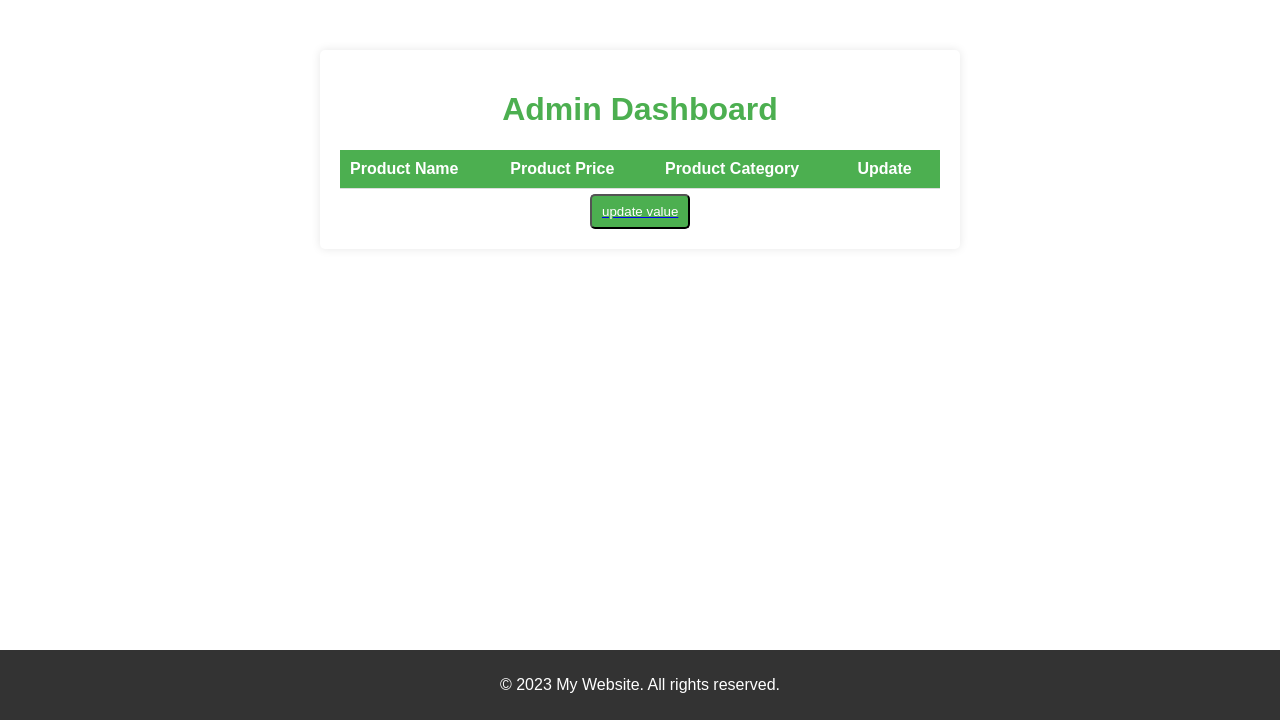
Repository: UrinduYatawakaa/OOP_project
Page: http://localhost/ProductDemo/AllServlet
These files come from the project's save history. The page is drawn as it stood at one moment and after the next save; the edit follows.
The browser window is 1280 px wide. The pictures show the whole page.
The page is served by Tomcat 9. Other server files are loaded and not shown. Queries for data that is not in the repository find no rows.

Above is the page before, as saved 2023-10-25 17:50:28.

### oop project/ProductDemo/src/main/webapp/searchbarAdmin.jsp
<%@ page language="java" contentType="text/html; charset=ISO-8859-1"
    pageEncoding="ISO-8859-1"%>
    <%@taglib prefix="c" uri="http://java.sun.com/jsp/jstl/core"%>

<!DOCTYPE html>
<html lang="en">

<head>
    <meta charset="UTF-8">
    <meta name="viewport" content="width=device-width, initial-scale=1.0">
    <link rel="stylesheet" href="css/stylesheader.css" type="text/css">
    <link rel="stylesheet" href="css/category.css" type="text/css">
    <title>Simple Grocery Cart</title>
</head>

<body>
    <div class="container2">
        <table class="cart">
        <h1>Admin Dashboard</h1>
            <thead>
                <tr>
                    <th>Product Name</th>
                    <th>Product Price</th>
                    <th>Product Category</th>
                    <th>Update</th>
                </tr>
            </thead>
            <c:forEach var="product" items = "${productDetails}" >

            <c:set var="id" value="${product.id}"/>
            <c:set var="name" value="${product.name}"/>
            <c:set var="price" value="${product.price}"/>
            <c:set var="category" value="${product.category}"/>

            <c:url value="updateProduct.jsp" var="productUpdate">
		    <c:param name="id" value="${id}"/>
		    <c:param name="name" value="${name}"/>
		    <c:param name="price" value="${price}"/>
		    <c:param name="category" value="${category}"/>
	        </c:url>

            <tbody>
                <tr>
                    <td>${product.name}</td>
                    <td>${product.price}</td>
                    <td>${product.category}</td>

                    <td>
                        <a href="${productUpdate}">
                            <input type="button" name="update" value="update value"  class="add-to-cart-button">
                            </a>
                    </td>
                </tr>

        </c:forEach>
        </tbody>

        </table>
         <a href="ProductInsert.jsp">
                            <input type="button" name="update" value="update value"  class="add-to-cart-button">
                            </a>

    </div>
</body>
    <footer>
        <div class="container">
            <p>&copy; 2023 My Website. All rights reserved.</p>
        </div>
    </footer>


</html>

### oop project/ProductDemo/src/main/java/com/product/AllServlet.java
package com.product;

import java.io.IOException;
import java.util.List;

import javax.servlet.RequestDispatcher;
import javax.servlet.ServletException;
import javax.servlet.annotation.WebServlet;
import javax.servlet.http.HttpServlet;
import javax.servlet.http.HttpServletRequest;
import javax.servlet.http.HttpServletResponse;

@WebServlet("/AllServlet")
public class AllServlet extends HttpServlet {
	private static final long serialVersionUID = 1L;

	protected void doGet(HttpServletRequest request, HttpServletResponse response) throws ServletException, IOException {
		String category = request.getParameter("category");

		List<Product> productDetails = ProductDBUtil.getAll();
			request.setAttribute("productDetails", productDetails);

			RequestDispatcher dis = request.getRequestDispatcher("searchbarAdmin.jsp");
			dis.forward(request, response);



	}

}

### oop project/ProductDemo/src/main/java/com/product/ProductDBUtil.java
package com.product;
import java.sql.Connection;
import java.sql.DriverManager;
import java.sql.PreparedStatement;
import java.sql.ResultSet;
import java.sql.Statement;
import java.util.ArrayList;
import java.util.List;


public class ProductDBUtil {

	private static boolean isSuccess;
	private static Connection con = null;
	private static Statement stmt = null;
	private static ResultSet rs = null;

	public static List<Product> getProduct (String name){

		ArrayList<Product> product = new ArrayList<>();



		try {
			//String sql = "select * from product_details where product_name='%''"+name+"''%'";
			con = DBConnect.getConnction();
			stmt = con.createStatement();
			String sql = "SELECT * FROM product_details WHERE product_name LIKE '%" + name + "%'";
			rs = stmt.executeQuery(sql);

			if(rs.next()) {
				int id = rs.getInt(1);
				String productName = rs.getString(2);
				double price = rs.getDouble(3);
				String category = rs.getString(4);

				Product p = new Product(id,productName,price,category);
				product.add(p);
			}

		} catch (Exception e) {
			e.printStackTrace();
		}



		return product;

	}

	public static boolean InsertProduct(String name, String price, String category) {

		boolean isSuccess = false;


		try {
			con = DBConnect.getConnction();
			stmt = con.createStatement();
            double Price = Double.parseDouble(price); // Convert the String to a double

			String sql = "insert into product_details values (0,'"+name+"','"+Price+"','"+category+"')";
			int rs = stmt.executeUpdate(sql); //update to query

			if(rs>0) {
				isSuccess = true;
			} else {
				isSuccess = false;
			}

		} catch (Exception e) {
			e.printStackTrace();
		}


		return isSuccess;
	}

	public static boolean updateProduct(String id, String name, String price, String category) {

		try {
			con = DBConnect.getConnction();
			stmt = con.createStatement();

			double Price = Double.parseDouble(price);

			String sql = "update product_details set product_name='"+name+"', product_price='"+Price+"', product_category='"+category+"' where idproduct_details='"+id+"'";
			int rs = stmt.executeUpdate(sql);

			if(rs > 0) {
				isSuccess = true;
			} else {
				isSuccess = false;
			}

		} catch (Exception e) {
			e.printStackTrace();
		}

		return isSuccess;
	}

	public static List<Product> getProdcutDetails(String id){

		int convertID = Integer.parseInt(id);

		ArrayList<Product> product = new ArrayList<>();

		try {

			con = DBConnect.getConnction();
			stmt = con.createStatement();
			String sql = "SELECT * FROM product_details WHERE idproduct_details='" + convertID + "'";
			rs = stmt.executeQuery(sql);

			while(rs.next()) {
				int ID = rs.getInt(1);
				String productName = rs.getString(2);
				double price = rs.getDouble(3);
				String category = rs.getString(4);

				Product p = new Product(ID,productName,price,category);
				product.add(p);
			}


		} catch (Exception e) {
			e.printStackTrace();
		}

		return product;
	}


	public static List<Product> getCategory(String category){


		ArrayList<Product> product = new ArrayList<>();

		try {

			con = DBConnect.getConnction();
			stmt = con.createStatement();
			String sql = "SELECT * FROM product_details WHERE product_category='" + category + "'";
			rs = stmt.executeQuery(sql);

			while(rs.next()) {
				int ID = rs.getInt(1);
				String productName = rs.getString(2);
				double price = rs.getDouble(3);
				String categoryy = rs.getString(4);

				Product p = new Product(ID,productName,price,categoryy);
				product.add(p);
			}


		} catch (Exception e) {
			e.printStackTrace();
		}

		return product;
	}

//
public static List<Product> getAll(){


		ArrayList<Product> product = new ArrayList<>();

		try {

			con = DBConnect.getConnction();
			stmt = con.createStatement();
			String sql = "SELECT * FROM product_details";
			rs = stmt.executeQuery(sql);

			while(rs.next()) {
				int ID = rs.getInt(1);
				String productName = rs.getString(2);
				double price = rs.getDouble(3);
				String categoryy = rs.getString(4);

				Product p = new Product(ID,productName,price,categoryy);
				product.add(p);
			}


		} catch (Exception e) {
			e.printStackTrace();
		}

		return product;
	}


}

### oop project/ProductDemo/src/main/java/com/product/DBConnect.java
package com.product;

import java.sql.Connection;
import java.sql.DriverManager;

public class DBConnect {

	private static String url = "jdbc:mysql://localhost:3306/product";
	private static String user = "root";
	private static String password = "1234";
	private static Connection con;

	public static Connection getConnction() {

		try {
			Class.forName("com.mysql.jdbc.Driver");

			con = DriverManager.getConnection(url, user, password);

		} catch (Exception e) {
			System.out.println("Database connection failed!");
		}

		return con;

	}

}

### oop project/ProductDemo/src/main/webapp/css/stylesheader.css
@charset "ISO-8859-1";

body {
    font-family: Arial, sans-serif;
    margin: 0;
    padding: 0;
    background-color: #f4f4f4;
}

.container {
    width: 80%;
    margin: 0 auto;
    overflow: hidden;
}

header {
    background-color: #333;
    color: #fff;
    padding: 20px 0;
    box-shadow: 0px 4px 5px 0px rgba(0, 0, 0, 0.2);
}

header h1 {
    float: left;
    margin: 0;
    font-size: 24px;
}

header h1 span {
    color: #4CAF50;
}

nav ul {
    float: right;
    list-style: none;
    margin: 0;
    padding: 0;
}

nav ul li {
    display: inline;
    margin-left: 20px;
}

nav ul li a {
    color: #fff;
    text-decoration: none;
    transition: color 0.3s;
}

nav ul li a:hover {
    color: #4CAF50;
}

.search-bar{
    width: 40%;
    border-left: 10px;
    float:right;
}
.search-bar form {
    display: flex;
}

.search-bar input[type="text"] {
    padding: 10px;
    border: none;
    border-radius: 20px 0 0 20px;
    margin-right: 0;
    flex: 1;
}

.search-bar input[type="submit"] {
    padding: 10px 20px;
    background-color: #4CAF50;
    color: #fff;
    border: none;
    border-radius: 0 20px 20px 0;
    cursor: pointer;
    transition: background-color 0.3s;
}

.search-bar input[type="submit"]:hover {
    background-color: #45a049;
}

footer {
    background-color: #333;
    color: #fff;
    text-align: center;
    padding: 10px 0;
    position: fixed;
    bottom: 0;
    width: 100%;
}

### oop project/ProductDemo/src/main/webapp/css/category.css
@charset "ISO-8859-1";

body {
    font-family: Arial, sans-serif;
    background-color: #fff;
    color: #333;
    margin: 0;
    padding: 0;
}

.container2 {
    max-width: 600px;
    margin: 0 auto;
    padding: 20px;
    background-color: #fff;
    box-shadow: 0 0 10px rgba(0, 0, 0, 0.1);
    border-radius: 5px;
    margin-top: 50px;
}

.container2 h1 {
    text-align: center;
    color: #4CAF50;
}

.cart {
    width: 100%;
    margin-top: 20px;
    border-collapse: collapse;
}

.cart th, .cart td {
    padding: 10px;
    text-align: left;
    border-bottom: 1px solid #ddd;
}

.cart th {
    background-color: #4CAF50;
    color: #fff;
}

.cart tbody tr:hover {
    background-color: #f5f5f5;
}

.add-to-cart-button {
    display: block;
    width: 100px;
    text-align: center;
    background-color: #4CAF50;
    color: #fff;
    padding: 8px 10px;
    text-decoration: none;
    border-radius: 5px;
    margin: 0 auto;
    margin-top: 5px;
}

.add-to-cart-button:hover {
    background-color: #333;
}

After the next save:
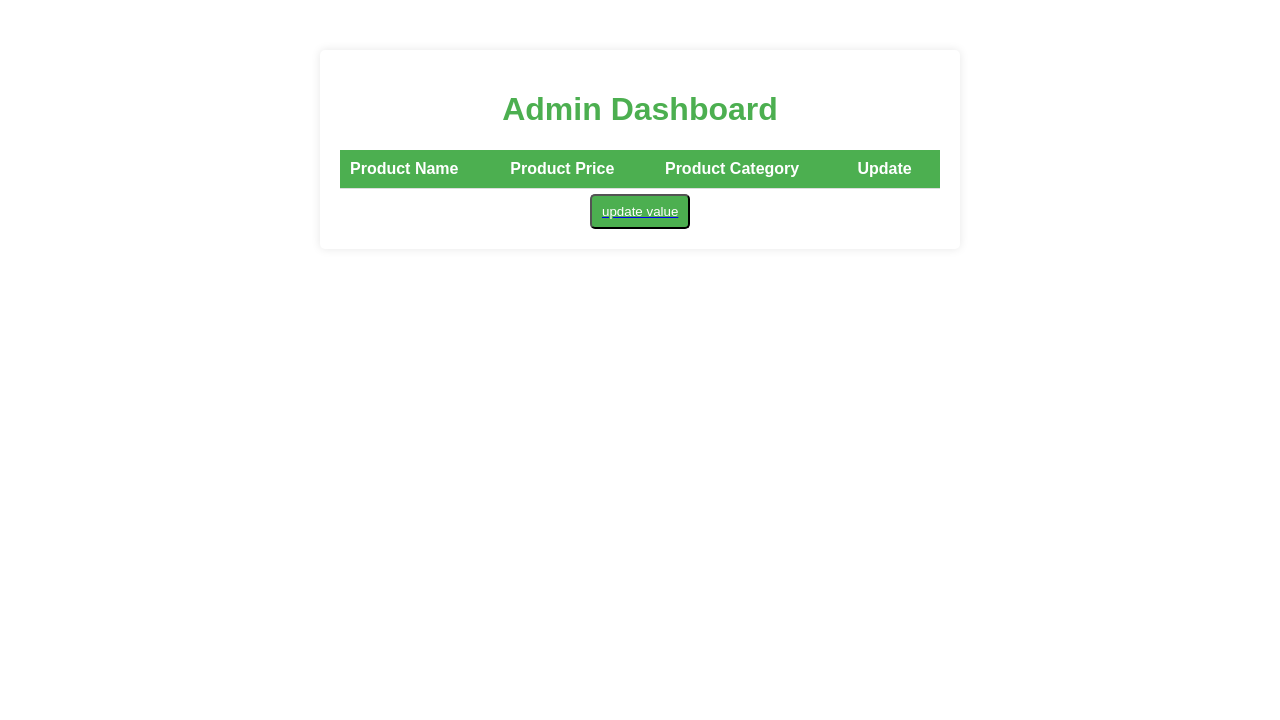
Saved 85 s later.
--- a/oop project/ProductDemo/src/main/webapp/searchbarAdmin.jsp
+++ b/oop project/ProductDemo/src/main/webapp/searchbarAdmin.jsp
@@ -8,7 +8,6 @@
 <head>
     <meta charset="UTF-8">
     <meta name="viewport" content="width=device-width, initial-scale=1.0">
-    <link rel="stylesheet" href="css/stylesheader.css" type="text/css">
     <link rel="stylesheet" href="css/category.css" type="text/css">
     <title>Simple Grocery Cart</title>
 </head>
@@ -57,16 +56,11 @@
 
         </table>
          <a href="ProductInsert.jsp">
-                            <input type="button" name="update" value="update value"  class="add-to-cart-button">
-                            </a>
+         <input type="button" name="update" value="update value"  class="add-to-cart-button">
+        </a>
 
     </div>
 </body>
-    <footer>
-        <div class="container">
-            <p>&copy; 2023 My Website. All rights reserved.</p>
-        </div>
-    </footer>
 
 
 </html>
